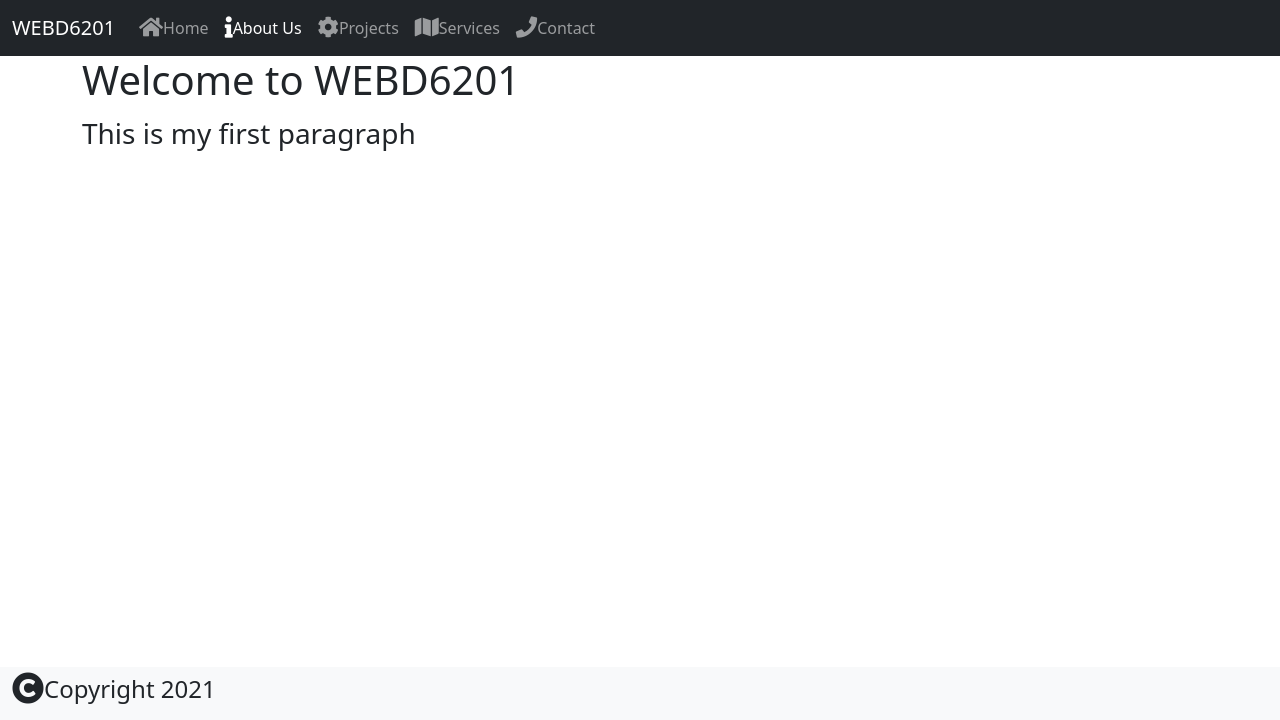
Repository: deividwsantoss/webd6201-W2021-ICE1
Page: about.html
These files come from the project's save history. The page is drawn as it stood at one moment and after the next save; the edit follows.
The browser window is 1280 px wide. The pictures show the whole page.

Above is the page before, as saved 2021-02-02 11:51:59.

After the next save:
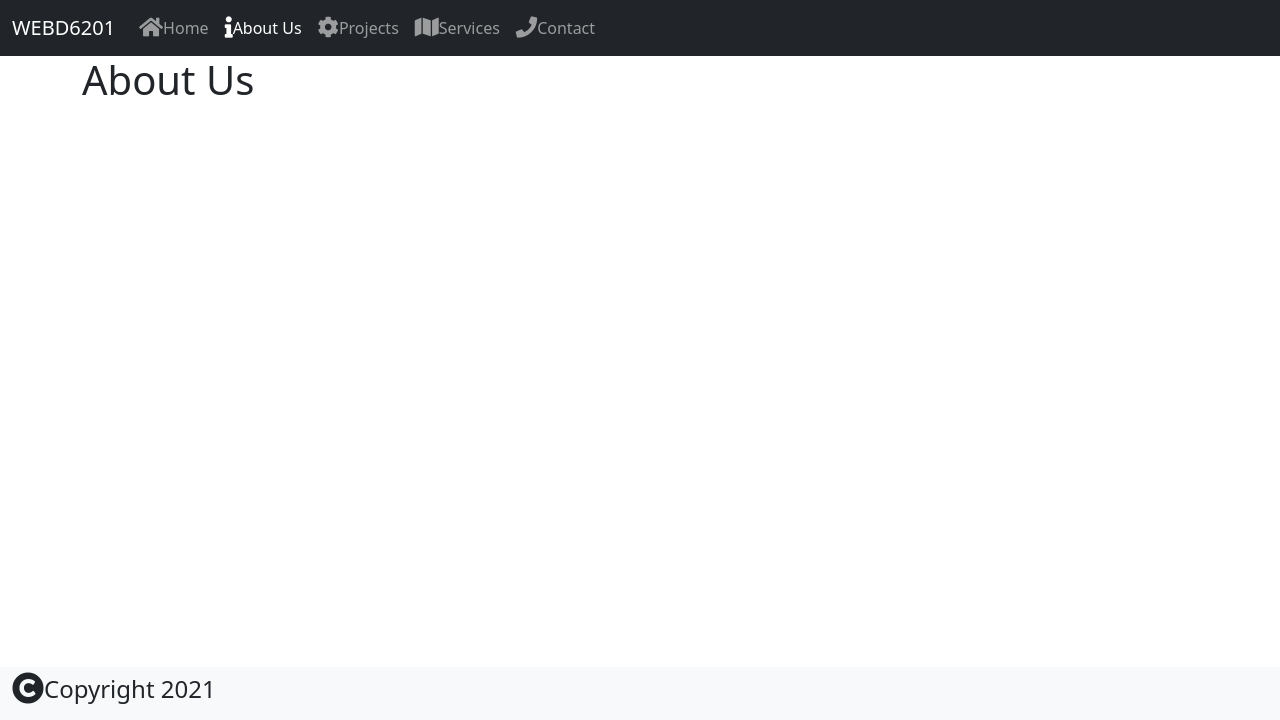
Console error: TypeError: Cannot set properties of null (setting 'textContent')
Saved 19 s later.
--- a/about.html
+++ b/about.html
@@ -47,8 +47,8 @@
     <!-- Main content-->
     <main class="container">
 
-        <h1>Welcome to WEBD6201 </h1>
-        <p id="paragraphOne"> </p>
+        <h1>About Us</h1>
+
     </main>
 
     <!-- Main Footer -->
